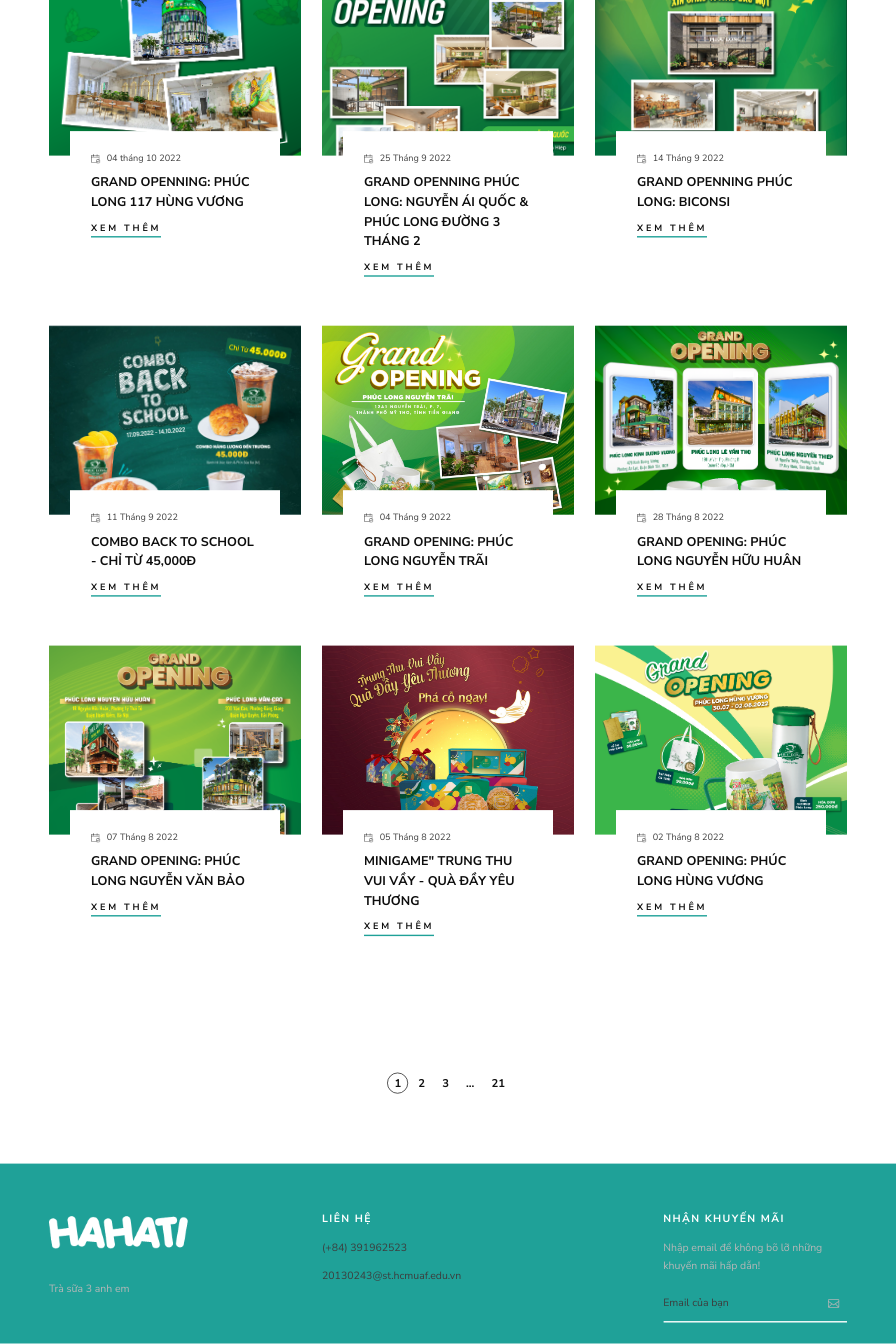
Repository: letrongtinh27/template
Page: blog.html
The author's editor kept a copy of each file at every save. The page is drawn from the files as they stood at one save, then again after the next save.
The browser window is 1280 px wide. The pictures show the part of the page from y = 715 to 2635 px (the page is 2635 px tall before and 2579 px after), at 70% of full size.

Above is the page before, as saved 2022-10-25 19:59:58.

### blog.html
<!DOCTYPE html>
<html lang="zxx">
  <head>
    <meta charset="UTF-8" />
    <meta name="description" content="Male_Fashion Template" />
    <meta name="keywords" content="Male_Fashion, unica, creative, html" />
    <meta name="viewport" content="width=device-width, initial-scale=1.0" />
    <meta http-equiv="X-UA-Compatible" content="ie=edge" />
    <title>HAHATI | Tài khoản</title>

    <!-- Google Font -->
    <link
      href="https://fonts.googleapis.com/css2?family=Nunito+Sans:wght@300;400;600;700;800;900&display=swap"
      rel="stylesheet"
    />

    <!-- Css Styles -->
    <link rel="stylesheet" href="css/bootstrap.min.css" type="text/css" />
    <link rel="stylesheet" href="css/font-awesome.min.css" type="text/css" />
    <link
      rel="stylesheet"
      href="https://cdnjs.cloudflare.com/ajax/libs/font-awesome/6.2.0/css/all.min.css"
      integrity="sha512-xh6O/CkQoPOWDdYTDqeRdPCVd1SpvCA9XXcUnZS2FmJNp1coAFzvtCN9BmamE+4aHK8yyUHUSCcJHgXloTyT2A=="
      crossorigin="anonymous"
      referrerpolicy="no-referrer"
    />
    <link rel="stylesheet" href="css/elegant-icons.css" type="text/css" />
    <link rel="stylesheet" href="css/magnific-popup.css" type="text/css" />
    <link rel="stylesheet" href="css/nice-select.css" type="text/css" />
    <link rel="stylesheet" href="css/owl.carousel.min.css" type="text/css" />
    <link rel="stylesheet" href="css/slicknav.min.css" type="text/css" />
    <link rel="stylesheet" href="css/style.css" type="text/css" />
    <link rel="stylesheet" href="css/blog.css">
  </head>

  <body>
    <!-- Page Preloder -->
    <div id="preloder">
      <div class="loader"></div>
    </div>

    <!-- Offcanvas Menu Begin -->
    <div class="offcanvas-menu-overlay"></div>
    <div class="offcanvas-menu-wrapper">
      <div class="offcanvas__option">
        <div class="offcanvas__links">
          <a href="#">Sign in</a>
        </div>
      </div>
      <div class="offcanvas__nav__option">
        <a href="#" class="search-switch"
          ><img src="img/icon/search.png" alt=""
        /></a>
        <a href="#"><img src="img/icon/heart.png" alt="" /></a>
        <a href="#"><img src="img/icon/cart.png" alt="" /> <span>0</span></a>
        <div class="price">$0.00</div>
      </div>
      <div id="mobile-menu-wrap"></div>
    </div>
    <!-- Offcanvas Menu End -->

    <!-- Header Section Begin -->
    <header class="header">
      <div class="container">
        <div class="row">
          <div class="col-lg-3 col-md-3">
            <div class="header__logo">
              <a href="./index.html"
                ><img class="logo-small" src="img/logo.png" alt=""
              /></a>
            </div>
          </div>
          <div class="col-lg-6 col-md-6">
            <nav class="header__menu mobile-menu">
              <ul>
                <li><a href="./index.html">Trang chủ</a></li>
                <li class=""><a href="./shop.html">Sản phẩm</a></li>
                <li class=""><a href="#">Giới thiệu</a></li>
                <li class="active"><a href="./blog.html">Khuyến mãi</a></li>
              </ul>
            </nav>
          </div>
          <div class="col-lg-3 col-md-3">
            <div class="header__nav__option">
              <a href="#" class="primary-btn login-btn">Đăng nhập</a>
            </div>
          </div>
        </div>
        <div class="canvas__open"><i class="fa fa-bars"></i></div>
      </div>
    </header>
    <!-- Header Section End -->

    <!-- Breadcrumb Section Begin -->
    <!-- <section class="breadcrumb-option">
      <div class="container">
        <div class="row">
          <div class="col-lg-12">
            <div class="breadcrumb__text">
              <h4>Khuyến mãi</h4>
              <div class="breadcrumb__links">
                <a href="./index.html">Trang chủ</a>
                <span>Khuyến mãi</span>
              </div>
            </div>
          </div>
        </div>
      </div>
    </section> -->
    <!-- <section class="breadcrumb-blog set-bg" data-setbg="img/banner-matcha.jpg">
      <div class="container">
          <div class="row">
              <div class="col-lg-12">
                  <h2>Our Blog</h2>
              </div>
          </div>
      </div>
  </section> -->
    <!-- Breadcrumb Section End -->
  <div class="thumbCover">
    <img src="./img/banner-matcha.jpg" alt="">
  </div>
    <!-- Shopping Cart Section Begin -->
    <section class="blog">
      <div class="container">
        <div class="row">
            <div class="col-lg-4 col-md-6 col-sm-6">
                <div class="blog__item">
                    <div class="blog__item__pic set-bg" data-setbg="img/blog/blog-1.jpg"></div>
                    <div class="blog__item__text">
                        <span><img src="img/icon/calendar.png" alt=""> 04 tháng 10 2022</span>
                        <h5>GRAND OPENNING: PHÚC LONG 117 HÙNG VƯƠNG</h5>
                        <a href="#">Xem Thêm<main></main></a>
                    </div>
                </div>
            </div>
            <div class="col-lg-4 col-md-6 col-sm-6">
                <div class="blog__item">
                    <div class="blog__item__pic set-bg" data-setbg="img/blog/blog-2.jpg"></div>
                    <div class="blog__item__text">
                        <span><img src="img/icon/calendar.png" alt=""> 25 Tháng 9 2022</span>
                        <h5>GRAND OPENNING PHÚC LONG: NGUYỄN ÁI QUỐC & PHÚC LONG ĐƯỜNG 3 THÁNG 2</h5>
                        <a href="#">Xem Thêm<main></main></a>
                    </div>
                </div>
            </div>
            <div class="col-lg-4 col-md-6 col-sm-6">
                <div class="blog__item">
                    <div class="blog__item__pic set-bg" data-setbg="img/blog/blog-3.jpg"></div>
                    <div class="blog__item__text">
                        <span><img src="img/icon/calendar.png" alt=""> 14 Tháng 9 2022</span>
                        <h5>GRAND OPENNING PHÚC LONG: BICONSI</h5>
                        <a href="#">Xem Thêm<main></main></a>
                    </div>
                </div>
            </div>
            <div class="col-lg-4 col-md-6 col-sm-6">
                <div class="blog__item">
                    <div class="blog__item__pic set-bg" data-setbg="img/blog/blog-4.jpg"></div>
                    <div class="blog__item__text">
                        <span><img src="img/icon/calendar.png" alt=""> 11 Tháng 9 2022</span>
                        <h5>COMBO BACK TO SCHOOL - CHỈ TỪ 45,000Đ</h5>
                        <a href="#">Xem Thêm<main></main></a>
                    </div>
                </div>
            </div>
            <div class="col-lg-4 col-md-6 col-sm-6">
                <div class="blog__item">
                    <div class="blog__item__pic set-bg" data-setbg="img/blog/blog-5.jpg"></div>
                    <div class="blog__item__text">
                        <span><img src="img/icon/calendar.png" alt=""> 04 Tháng 9 2022</span>
                        <h5>GRAND OPENING: PHÚC LONG NGUYỄN TRÃI</h5>
                        <a href="#">Xem Thêm<main></main></a>
                    </div>
                </div>
            </div>
            <div class="col-lg-4 col-md-6 col-sm-6">
                <div class="blog__item">
                    <div class="blog__item__pic set-bg" data-setbg="img/blog/blog-6.jpg"></div>
                    <div class="blog__item__text">
                        <span><img src="img/icon/calendar.png" alt=""> 28 Tháng 8 2022</span>
                        <h5>GRAND OPENING: PHÚC LONG NGUYỄN HỮU HUÂN</h5>
                        <a href="#">Xem Thêm<main></main></a>
                    </div>
                </div>
            </div>
            <div class="col-lg-4 col-md-6 col-sm-6">
                <div class="blog__item">
                    <div class="blog__item__pic set-bg" data-setbg="img/blog/blog-7.jpg"></div>
                    <div class="blog__item__text">
                        <span><img src="img/icon/calendar.png" alt=""> 07 Tháng 8 2022</span>
                        <h5>GRAND OPENING: PHÚC LONG NGUYỄN VĂN BẢO</h5>
                        <a href="#">Xem Thêm<main></main></a>
                    </div>
                </div>
            </div>
            <div class="col-lg-4 col-md-6 col-sm-6">
                <div class="blog__item">
                    <div class="blog__item__pic set-bg" data-setbg="img/blog/blog-8.jpg"></div>
                    <div class="blog__item__text">
                        <span><img src="img/icon/calendar.png" alt=""> 05 Tháng 8 2022</span>
                        <h5>MINIGAME" TRUNG THU VUI VẦY - QUÀ ĐẦY YÊU THƯƠNG</h5>
                        <a href="#">Xem Thêm<main></main></a>
                    </div>
                </div>
            </div>
            <div class="col-lg-4 col-md-6 col-sm-6">
                <div class="blog__item">
                    <div class="blog__item__pic set-bg" data-setbg="img/blog/blog-9.jpg"></div>
                    <div class="blog__item__text">
                        <span><img src="img/icon/calendar.png" alt=""> 02 Tháng 8 2022</span>
                        <h5>GRAND OPENING: PHÚC LONG HÙNG VƯƠNG</h5>
                        <a href="#">Xem Thêm<main></main></a>
                    </div>
                </div>
            </div>
        </div>
        <div class="row spad">
          <div class="col-lg-12">
              <div class="product__pagination">
                  <a class="active" href="#">1</a>
                  <a href="#">2</a>
                  <a href="#">3</a>
                  <span>...</span>
                  <a href="#">21</a>
              </div>
          </div>
      </div>
    </div>
    </section>
    <footer class="footer">
      <div class="container">
        <div class="row">
          <div class="col-lg-3 col-md-6 col-sm-6">
            <div class="footer__about">
              <div class="footer__logo">
                <a href="#"><img src="img/footer-logo.png" alt="" /></a>
              </div>
              <p>Trà sữa 3 anh em</p>
            </div>
          </div>
          <div class="col-lg-2 offset-lg-1 col-md-3 col-sm-6">
            <div class="footer__widget">
              <h6>Liên hệ</h6>
              <ul>
                <li>
                  <p>(+84) 391962523</p>
                </li>
                <li>
                  <p>20130243@st.hcmuaf.edu.vn</p>
                </li>
              </ul>
            </div>
          </div>
          <div class="col-lg-2 col-md-3 col-sm-6">
            <div class="footer__widget"></div>
          </div>
          <div class="col-lg-3 offset-lg-1 col-md-6 col-sm-6">
            <div class="footer__widget">
              <h6>Nhận khuyến mãi</h6>
              <div class="footer__newslatter">
                <p>Nhập email để không bõ lỡ những khuyến mãi hấp dẫn!</p>
                <form action="#">
                  <input type="text" placeholder="Email của bạn" />
                  <button type="submit">
                    <span class="icon_mail_alt"></span>
                  </button>
                </form>
              </div>
            </div>
          </div>

        </div>
      </div>
    </footer>
    <!-- Footer Section End -->

    <!-- Search Begin -->
    <div class="search-model">
      <div class="h-100 d-flex align-items-center justify-content-center">
        <div class="search-close-switch">+</div>
        <form class="search-model-form">
          <input type="text" id="search-input" placeholder="Search here....." />
        </form>
      </div>
    </div>
    <!-- Search End -->

    <!-- Js Plugins -->
    <script src="js/jquery-3.3.1.min.js"></script>
    <script src="js/jquery.nice-select.min.js"></script>
    <script src="js/jquery.nicescroll.min.js"></script>
    <script src="js/jquery.magnific-popup.min.js"></script>
    <script src="js/jquery.countdown.min.js"></script>
    <script src="js/jquery.slicknav.js"></script>
    <script src="js/mixitup.min.js"></script>
    <script src="js/owl.carousel.min.js"></script>
    <script src="js/main.js"></script>
    <script src="js/account/bootstrap.min.js"></script>
    <script src="assets/js/vendor/jquery-3.5.1.min.js"></script>

  </body>
</html>

### css/blog.css
.blog {
    padding:55px 0 0 0 ;
}

.thumbCover {
    width: 100%;
    border-top: 3px solid #F5F5F5;
}

.thumbCover > img {
    width: 100%;
    height: 520px;
}

Loaded but not shown: css/bootstrap.min.css (library); css/font-awesome.min.css (library); css/magnific-popup.css (library); css/nice-select.css (common file); css/owl.carousel.min.css (library); css/slicknav.min.css (common file); js/jquery-3.3.1.min.js (library); js/jquery.nice-select.min.js (common file); js/jquery.nicescroll.min.js (library); js/jquery.magnific-popup.min.js (library); js/jquery.countdown.min.js (library); js/jquery.slicknav.js (library); js/mixitup.min.js (library); js/owl.carousel.min.js (library); js/account/bootstrap.min.js (library); assets/js/vendor/jquery-3.5.1.min.js (library); js/main.js (216 lines, source omitted); css/style.css (3856 lines, source omitted); css/elegant-icons.css (1157 lines, source omitted)

After the next save:
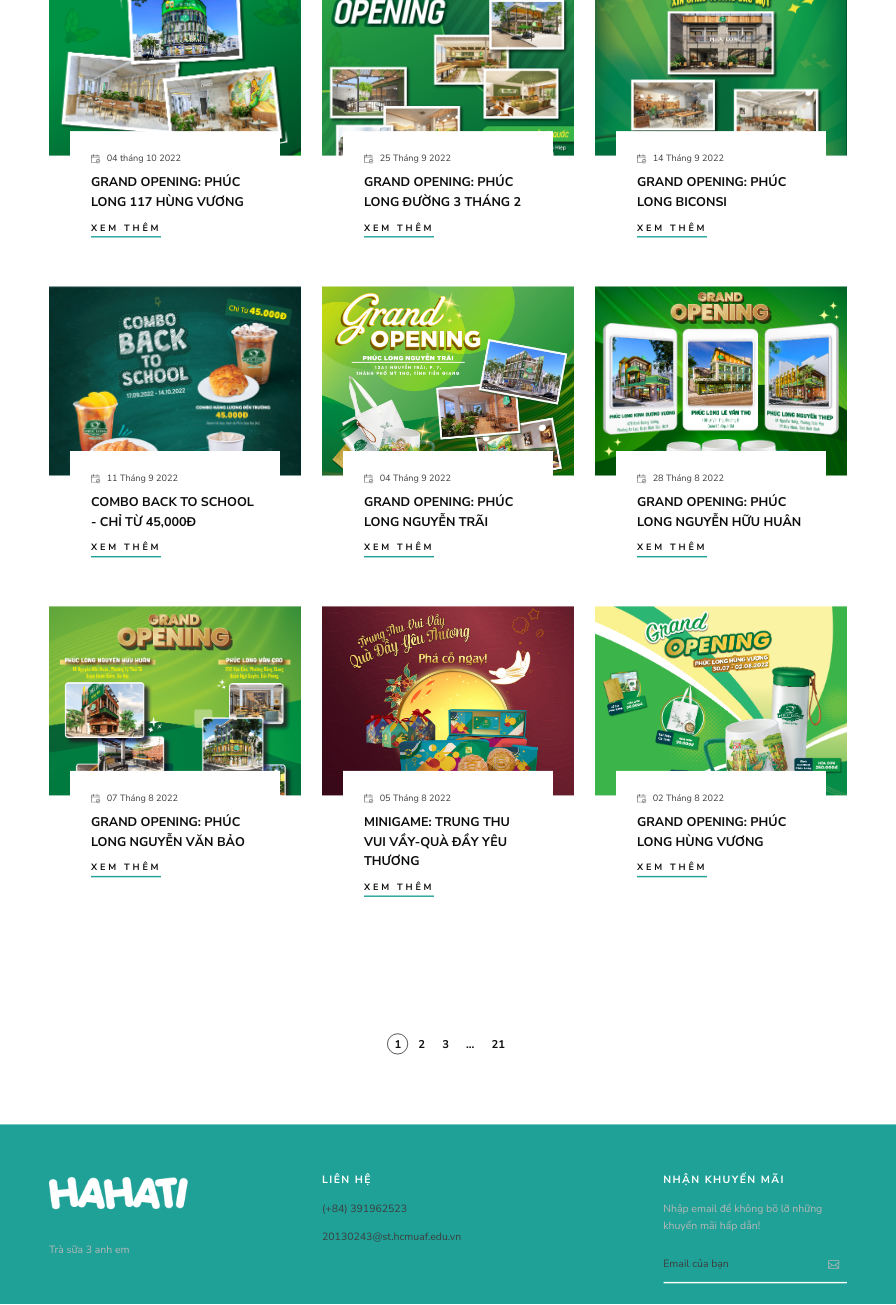
Saved 60 s later.
--- a/blog.html
+++ b/blog.html
@@ -129,7 +129,7 @@
                     <div class="blog__item__pic set-bg" data-setbg="img/blog/blog-1.jpg"></div>
                     <div class="blog__item__text">
                         <span><img src="img/icon/calendar.png" alt=""> 04 tháng 10 2022</span>
-                        <h5>GRAND OPENNING: PHÚC LONG 117 HÙNG VƯƠNG</h5>
+                        <h5>GRAND OPENING: PHÚC LONG 117 HÙNG VƯƠNG</h5>
                         <a href="#">Xem Thêm<main></main></a>
                     </div>
                 </div>
@@ -139,7 +139,7 @@
                     <div class="blog__item__pic set-bg" data-setbg="img/blog/blog-2.jpg"></div>
                     <div class="blog__item__text">
                         <span><img src="img/icon/calendar.png" alt=""> 25 Tháng 9 2022</span>
-                        <h5>GRAND OPENNING PHÚC LONG: NGUYỄN ÁI QUỐC & PHÚC LONG ĐƯỜNG 3 THÁNG 2</h5>
+                        <h5>GRAND OPENING: PHÚC LONG ĐƯỜNG 3 THÁNG 2</h5>
                         <a href="#">Xem Thêm<main></main></a>
                     </div>
                 </div>
@@ -149,7 +149,7 @@
                     <div class="blog__item__pic set-bg" data-setbg="img/blog/blog-3.jpg"></div>
                     <div class="blog__item__text">
                         <span><img src="img/icon/calendar.png" alt=""> 14 Tháng 9 2022</span>
-                        <h5>GRAND OPENNING PHÚC LONG: BICONSI</h5>
+                        <h5>GRAND OPENING: PHÚC LONG BICONSI</h5>
                         <a href="#">Xem Thêm<main></main></a>
                     </div>
                 </div>
@@ -199,7 +199,7 @@
                     <div class="blog__item__pic set-bg" data-setbg="img/blog/blog-8.jpg"></div>
                     <div class="blog__item__text">
                         <span><img src="img/icon/calendar.png" alt=""> 05 Tháng 8 2022</span>
-                        <h5>MINIGAME" TRUNG THU VUI VẦY - QUÀ ĐẦY YÊU THƯƠNG</h5>
+                        <h5>MINIGAME: TRUNG THU VUI VẦY-QUÀ ĐẦY YÊU THƯƠNG</h5>
                         <a href="#">Xem Thêm<main></main></a>
                     </div>
                 </div>
